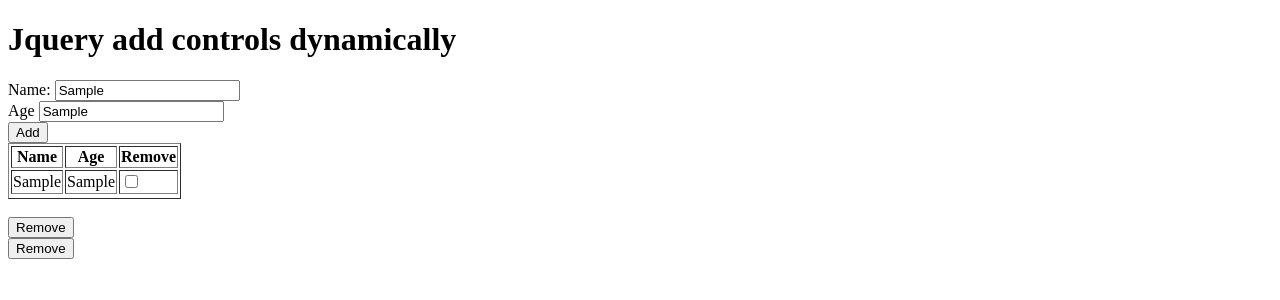
Repository: Padminivittal/Padmini-MWB
Page: MWB Day1/WebContent/lab4.html
The author's editor kept a copy of each file at every save. The page is drawn from the files as they stood at one save, then again after the next save.
The browser window is 1280 px wide. The pictures show the whole page.
Empty fields were first filled with sample values (such as "Sample", 5 or name@example.com).
After loading, the first visible `#btnAdd` was clicked once.

Above is the page before, as saved 2012-07-20 10:26:23.

### MWB Day1/WebContent/lab4.html
<!DOCTYPE HTML>
<html>
<title>
Day 1 -Lab 3
</title>
<script src="js/jquery-1.7.2.js"></script>
<script>
$().ready(function(){
	$("#btnAdd").on("click", function()
	{
		$("#tblpeople").append("<tr><td>"+ $("#name").val()+"</td><td>"+$("#age").val()+"</td><td><input type='checkbox' id='check'/></td><tr>")
		$("#remove").html("<input type='button' value='Remove' id='btnremove'/>")
	});
	$("#btnremove").on("click", function()
			{
		alert('test');
		$("#check").each(function()
				{
					alert('test');
				});
			});
});

</script>
<style>
input:focus
{
background:lightblue;
}
</style>
<head>
</head>
<h1>Jquery add controls dynamically</h1>
<body>
<label for="name">Name:</label>
<input type="text"  id="name"/>
<br>
<label for="age">Age</label>
<input type="text" id="age"  />
<br>
<input type="button" value="Add" id="btnAdd"/>
<br>
<div id="People">
<table id="tblpeople" border=1>
<tr>
<th>
Name
</th>
<th>
Age
</th>
<th>
Remove
</th>
</tr>
</table>
<br>
<input type="button" value="Remove" id="btnremove"/>
</div>
<div id="remove">

</div>
</body>
</html>

Loaded but not shown: MWB Day1/WebContent/js/jquery-1.7.2.js (library)

After the next save:
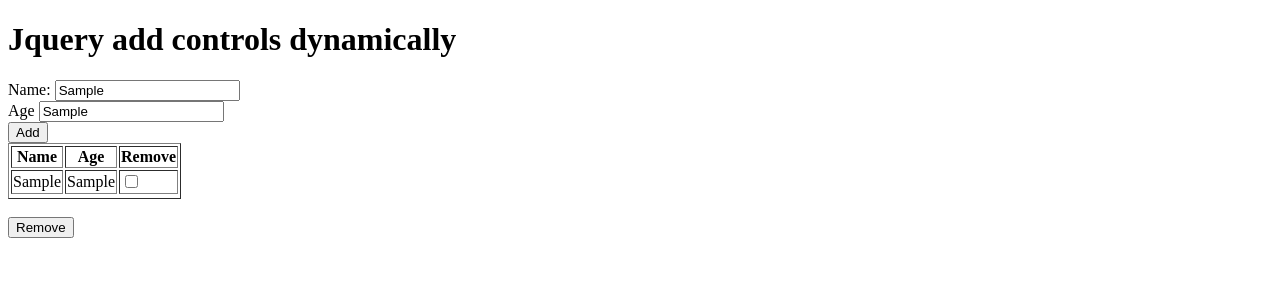
Saved 15 s later.
--- a/MWB Day1/WebContent/lab4.html
+++ b/MWB Day1/WebContent/lab4.html
@@ -9,7 +9,7 @@ $().ready(function(){
 	$("#btnAdd").on("click", function()
 	{
 		$("#tblpeople").append("<tr><td>"+ $("#name").val()+"</td><td>"+$("#age").val()+"</td><td><input type='checkbox' id='check'/></td><tr>")
-		$("#remove").html("<input type='button' value='Remove' id='btnremove'/>")
+		//$("#remove").html("<input type='button' value='Remove' id='btnremove'/>")
 	});
 	$("#btnremove").on("click", function()
 			{
